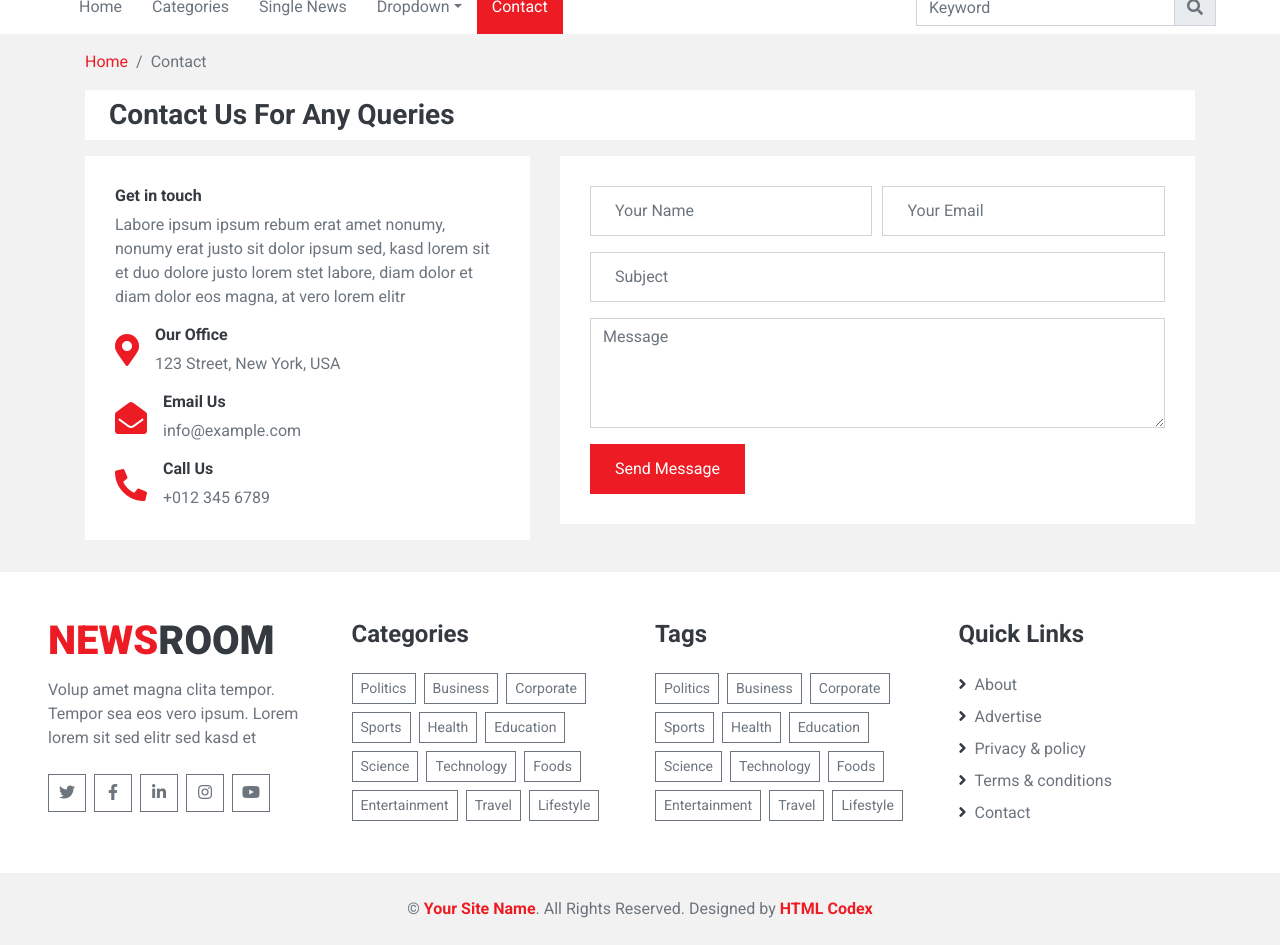
Repository: Namnguyen13/tessttt
Page: contact.html
The author's editor kept a copy of each file at every save. The page is drawn from the files as they stood at one save, then again after the next save.
The browser window is 1280 px wide. The pictures show the part of the page from y = 376 to 1321 px (the page is 1321 px tall).
A picture or video elsewhere on the page could not be fetched, so the positions and the page height are approximate.

Above is the page before, as saved 2023-04-14 21:05:02.

### contact.html
<!DOCTYPE html>
<html lang="en">

<head>
    <meta charset="utf-8">
    <title>Phần mềm đặt sân đá bóng</title>
    <meta content="width=device-width, initial-scale=1.0" name="viewport">
    <meta content="Free HTML Templates" name="keywords">
    <meta content="Free HTML Templates" name="description">

    <!-- Favicon -->
    <link href="img/favicon.ico" rel="icon">

    <!-- Google Web Fonts -->
    <link rel="preconnect" href="https://fonts.gstatic.com">
    <link href="https://fonts.googleapis.com/css2?family=Roboto:wght@300;400;500;700;900&display=swap" rel="stylesheet">

    <!-- Font Awesome -->
    <link href="https://cdnjs.cloudflare.com/ajax/libs/font-awesome/5.15.0/css/all.min.css" rel="stylesheet">

    <!-- Libraries Stylesheet -->
    <link href="lib/owlcarousel/assets/owl.carousel.min.css" rel="stylesheet">

    <!-- Customized Bootstrap Stylesheet -->
    <link href="css/style.css" rel="stylesheet">
</head>

<body>
    <!-- Topbar Start -->
    <div class="container-fluid">
        <div class="row align-items-center bg-light px-lg-5">
            <div class="col-12 col-md-8">
                <div class="d-flex justify-content-between">
                    <div class="bg-primary text-white text-center py-2" style="width: 100px;">Tranding</div>
                    <div class="owl-carousel owl-carousel-1 tranding-carousel position-relative d-inline-flex align-items-center ml-3" style="width: calc(100% - 100px); padding-left: 90px;">
                        <div class="text-truncate"><a class="text-secondary" href="">Labore sit justo amet eos sed, et sanctus dolor diam eos</a></div>
                        <div class="text-truncate"><a class="text-secondary" href="">Gubergren elitr amet eirmod et lorem diam elitr, ut est erat Gubergren elitr amet eirmod et lorem diam elitr, ut est erat</a></div>
                    </div>
                </div>
            </div>
            <div class="col-md-4 text-right d-none d-md-block">
                Monday, January 01, 2045
            </div>
        </div>
        <div class="row align-items-center py-2 px-lg-5">
            <div class="col-lg-4">
                <a href="" class="navbar-brand d-none d-lg-block">
                    <h1 class="m-0 display-5 text-uppercase"><span class="text-primary">Foot</span>Ball</h1>
                </a>
            </div>
            <div class="col-lg-8 text-center text-lg-right">
                <img class="img-fluid" src="img/ads-700x70.jpg" alt="">
            </div>
        </div>
    </div>
    <!-- Topbar End -->


    <!-- Navbar Start -->
    <div class="container-fluid p-0 mb-3">
        <nav class="navbar navbar-expand-lg bg-light navbar-light py-2 py-lg-0 px-lg-5">
            <a href="" class="navbar-brand d-block d-lg-none">
                <h1 class="m-0 display-5 text-uppercase"><span class="text-primary">Foot</span>Ball</h1>
            </a>
            <button type="button" class="navbar-toggler" data-toggle="collapse" data-target="#navbarCollapse">
                <span class="navbar-toggler-icon"></span>
            </button>
            <div class="collapse navbar-collapse justify-content-between px-0 px-lg-3" id="navbarCollapse">
                <div class="navbar-nav mr-auto py-0">
                    <a href="index.html" class="nav-item nav-link">Home</a>
                    <a href="category.html" class="nav-item nav-link">Categories</a>
                    <a href="single.html" class="nav-item nav-link">Single News</a>
                    <div class="nav-item dropdown">
                        <a href="#" class="nav-link dropdown-toggle" data-toggle="dropdown">Dropdown</a>
                        <div class="dropdown-menu rounded-0 m-0">
                            <a href="#" class="dropdown-item">Menu item 1</a>
                            <a href="#" class="dropdown-item">Menu item 2</a>
                            <a href="#" class="dropdown-item">Menu item 3</a>
                        </div>
                    </div>
                    <a href="contact.html" class="nav-item nav-link active">Contact</a>
                </div>
                <div class="input-group ml-auto" style="width: 100%; max-width: 300px;">
                    <input type="text" class="form-control" placeholder="Keyword">
                    <div class="input-group-append">
                        <button class="input-group-text text-secondary"><i
                                class="fa fa-search"></i></button>
                    </div>
                </div>
            </div>
        </nav>
    </div>
    <!-- Navbar End -->


    <!-- Breadcrumb Start -->
    <div class="container-fluid">
        <div class="container">
            <nav class="breadcrumb bg-transparent m-0 p-0">
                <a class="breadcrumb-item" href="#">Home</a>
                <span class="breadcrumb-item active">Contact</span>
            </nav>
        </div>
    </div>
    <!-- Breadcrumb End -->


    <!-- Contact Start -->
    <div class="container-fluid py-3">
        <div class="container">
            <div class="bg-light py-2 px-4 mb-3">
                <h3 class="m-0">Contact Us For Any Queries</h3>
            </div>
            <div class="row">
                <div class="col-md-5">
                    <div class="bg-light mb-3" style="padding: 30px;">
                        <h6 class="font-weight-bold">Get in touch</h6>
                        <p>Labore ipsum ipsum rebum erat amet nonumy, nonumy erat justo sit dolor ipsum sed, kasd lorem sit et duo dolore justo lorem stet labore, diam dolor et diam dolor eos magna, at vero lorem elitr</p>
                        <div class="d-flex align-items-center mb-3">
                            <i class="fa fa-2x fa-map-marker-alt text-primary mr-3"></i>
                            <div class="d-flex flex-column">
                                <h6 class="font-weight-bold">Our Office</h6>
                                <p class="m-0">123 Street, New York, USA</p>
                            </div>
                        </div>
                        <div class="d-flex align-items-center mb-3">
                            <i class="fa fa-2x fa-envelope-open text-primary mr-3"></i>
                            <div class="d-flex flex-column">
                                <h6 class="font-weight-bold">Email Us</h6>
                                <p class="m-0">info@example.com</p>
                            </div>
                        </div>
                        <div class="d-flex align-items-center">
                            <i class="fas fa-2x fa-phone-alt text-primary mr-3"></i>
                            <div class="d-flex flex-column">
                                <h6 class="font-weight-bold">Call Us</h6>
                                <p class="m-0">+012 345 6789</p>
                            </div>
                        </div>
                    </div>
                </div>
                <div class="col-md-7">
                    <div class="contact-form bg-light mb-3" style="padding: 30px;">
                        <div id="success"></div>
                        <form name="sentMessage" id="contactForm" novalidate="novalidate">
                            <div class="form-row">
                                <div class="col-md-6">
                                    <div class="control-group">
                                        <input type="text" class="form-control p-4" id="name" placeholder="Your Name" required="required" data-validation-required-message="Please enter your name" />
                                        <p class="help-block text-danger"></p>
                                    </div>
                                </div>
                                <div class="col-md-6">
                                    <div class="control-group">
                                        <input type="email" class="form-control p-4" id="email" placeholder="Your Email" required="required" data-validation-required-message="Please enter your email" />
                                        <p class="help-block text-danger"></p>
                                    </div>
                                </div>
                            </div>
                            <div class="control-group">
                                <input type="text" class="form-control p-4" id="subject" placeholder="Subject" required="required" data-validation-required-message="Please enter a subject" />
                                <p class="help-block text-danger"></p>
                            </div>
                            <div class="control-group">
                                <textarea class="form-control" rows="4" id="message" placeholder="Message" required="required" data-validation-required-message="Please enter your message"></textarea>
                                <p class="help-block text-danger"></p>
                            </div>
                            <div>
                                <button class="btn btn-primary font-weight-semi-bold px-4" style="height: 50px;" type="submit" id="sendMessageButton">Send Message</button>
                            </div>
                        </form>
                    </div>
                </div>
            </div>
        </div>
    </div>
    <!-- Contact End -->

    <!-- Footer Start -->
    <div class="container-fluid bg-light pt-5 px-sm-3 px-md-5">
        <div class="row">
            <div class="col-lg-3 col-md-6 mb-5">
                <a href="index.html" class="navbar-brand">
                    <h1 class="mb-2 mt-n2 display-5 text-uppercase"><span class="text-primary">News</span>Room</h1>
                </a>
                <p>Volup amet magna clita tempor. Tempor sea eos vero ipsum. Lorem lorem sit sed elitr sed kasd et</p>
                <div class="d-flex justify-content-start mt-4">
                    <a class="btn btn-outline-secondary text-center mr-2 px-0" style="width: 38px; height: 38px;" href="#"><i class="fab fa-twitter"></i></a>
                    <a class="btn btn-outline-secondary text-center mr-2 px-0" style="width: 38px; height: 38px;" href="#"><i class="fab fa-facebook-f"></i></a>
                    <a class="btn btn-outline-secondary text-center mr-2 px-0" style="width: 38px; height: 38px;" href="#"><i class="fab fa-linkedin-in"></i></a>
                    <a class="btn btn-outline-secondary text-center mr-2 px-0" style="width: 38px; height: 38px;" href="#"><i class="fab fa-instagram"></i></a>
                    <a class="btn btn-outline-secondary text-center mr-2 px-0" style="width: 38px; height: 38px;" href="#"><i class="fab fa-youtube"></i></a>
                </div>
            </div>
            <div class="col-lg-3 col-md-6 mb-5">
                <h4 class="font-weight-bold mb-4">Categories</h4>
                <div class="d-flex flex-wrap m-n1">
                    <a href="" class="btn btn-sm btn-outline-secondary m-1">Politics</a>
                    <a href="" class="btn btn-sm btn-outline-secondary m-1">Business</a>
                    <a href="" class="btn btn-sm btn-outline-secondary m-1">Corporate</a>
                    <a href="" class="btn btn-sm btn-outline-secondary m-1">Sports</a>
                    <a href="" class="btn btn-sm btn-outline-secondary m-1">Health</a>
                    <a href="" class="btn btn-sm btn-outline-secondary m-1">Education</a>
                    <a href="" class="btn btn-sm btn-outline-secondary m-1">Science</a>
                    <a href="" class="btn btn-sm btn-outline-secondary m-1">Technology</a>
                    <a href="" class="btn btn-sm btn-outline-secondary m-1">Foods</a>
                    <a href="" class="btn btn-sm btn-outline-secondary m-1">Entertainment</a>
                    <a href="" class="btn btn-sm btn-outline-secondary m-1">Travel</a>
                    <a href="" class="btn btn-sm btn-outline-secondary m-1">Lifestyle</a>
                </div>
            </div>
            <div class="col-lg-3 col-md-6 mb-5">
                <h4 class="font-weight-bold mb-4">Tags</h4>
                <div class="d-flex flex-wrap m-n1">
                    <a href="" class="btn btn-sm btn-outline-secondary m-1">Politics</a>
                    <a href="" class="btn btn-sm btn-outline-secondary m-1">Business</a>
                    <a href="" class="btn btn-sm btn-outline-secondary m-1">Corporate</a>
                    <a href="" class="btn btn-sm btn-outline-secondary m-1">Sports</a>
                    <a href="" class="btn btn-sm btn-outline-secondary m-1">Health</a>
                    <a href="" class="btn btn-sm btn-outline-secondary m-1">Education</a>
                    <a href="" class="btn btn-sm btn-outline-secondary m-1">Science</a>
                    <a href="" class="btn btn-sm btn-outline-secondary m-1">Technology</a>
                    <a href="" class="btn btn-sm btn-outline-secondary m-1">Foods</a>
                    <a href="" class="btn btn-sm btn-outline-secondary m-1">Entertainment</a>
                    <a href="" class="btn btn-sm btn-outline-secondary m-1">Travel</a>
                    <a href="" class="btn btn-sm btn-outline-secondary m-1">Lifestyle</a>
                </div>
            </div>
            <div class="col-lg-3 col-md-6 mb-5">
                <h4 class="font-weight-bold mb-4">Quick Links</h4>
                <div class="d-flex flex-column justify-content-start">
                    <a class="text-secondary mb-2" href="#"><i class="fa fa-angle-right text-dark mr-2"></i>About</a>
                    <a class="text-secondary mb-2" href="#"><i class="fa fa-angle-right text-dark mr-2"></i>Advertise</a>
                    <a class="text-secondary mb-2" href="#"><i class="fa fa-angle-right text-dark mr-2"></i>Privacy & policy</a>
                    <a class="text-secondary mb-2" href="#"><i class="fa fa-angle-right text-dark mr-2"></i>Terms & conditions</a>
                    <a class="text-secondary" href="#"><i class="fa fa-angle-right text-dark mr-2"></i>Contact</a>
                </div>
            </div>
        </div>
    </div>
    <div class="container-fluid py-4 px-sm-3 px-md-5">
        <p class="m-0 text-center">
            &copy; <a class="font-weight-bold" href="#">Your Site Name</a>. All Rights Reserved.

			<!--/*** This template is free as long as you keep the footer author’s credit link/attribution link/backlink. If you'd like to use the template without the footer author’s credit link/attribution link/backlink, you can purchase the Credit Removal License from "https://htmlcodex.com/credit-removal". Thank you for your support. ***/-->
			Designed by <a class="font-weight-bold" href="https://htmlcodex.com">HTML Codex</a>
        </p>
    </div>
    <!-- Footer End -->


    <!-- Back to Top -->
    <a href="#" class="btn btn-dark back-to-top"><i class="fa fa-angle-up"></i></a>


    <!-- JavaScript Libraries -->
    <script src="https://code.jquery.com/jquery-3.4.1.min.js"></script>
    <script src="https://stackpath.bootstrapcdn.com/bootstrap/4.4.1/js/bootstrap.bundle.min.js"></script>
    <script src="lib/easing/easing.min.js"></script>
    <script src="lib/owlcarousel/owl.carousel.min.js"></script>

    <!-- Contact Javascript File -->
    <script src="mail/jqBootstrapValidation.min.js"></script>
    <script src="mail/contact.js"></script>

    <!-- Template Javascript -->
    <script src="js/main.js"></script>
</body>

</html>

### mail/contact.js
$(function () {

    $("#contactForm input, #contactForm textarea").jqBootstrapValidation({
        preventSubmit: true,
        submitError: function ($form, event, errors) {
        },
        submitSuccess: function ($form, event) {
            event.preventDefault();
            var name = $("input#name").val();
            var email = $("input#email").val();
            var subject = $("input#subject").val();
            var message = $("textarea#message").val();

            $this = $("#sendMessageButton");
            $this.prop("disabled", true);

            $.ajax({
                url: "contact.php",
                type: "POST",
                data: {
                    name: name,
                    email: email,
                    subject: subject,
                    message: message
                },
                cache: false,
                success: function () {
                    $('#success').html("<div class='alert alert-success'>");
                    $('#success > .alert-success').html("<button type='button' class='close' data-dismiss='alert' aria-hidden='true'>&times;")
                            .append("</button>");
                    $('#success > .alert-success')
                            .append("<strong>Your message has been sent. </strong>");
                    $('#success > .alert-success')
                            .append('</div>');
                    $('#contactForm').trigger("reset");
                },
                error: function () {
                    $('#success').html("<div class='alert alert-danger'>");
                    $('#success > .alert-danger').html("<button type='button' class='close' data-dismiss='alert' aria-hidden='true'>&times;")
                            .append("</button>");
                    $('#success > .alert-danger').append($("<strong>").text("Sorry " + name + ", it seems that our mail server is not responding. Please try again later!"));
                    $('#success > .alert-danger').append('</div>');
                    $('#contactForm').trigger("reset");
                },
                complete: function () {
                    setTimeout(function () {
                        $this.prop("disabled", false);
                    }, 1000);
                }
            });
        },
        filter: function () {
            return $(this).is(":visible");
        },
    });

    $("a[data-toggle=\"tab\"]").click(function (e) {
        e.preventDefault();
        $(this).tab("show");
    });
});

$('#name').focus(function () {
    $('#success').html('');
});

### js/main.js
(function ($) {
    "use strict";

    // Dropdown on mouse hover
    $(document).ready(function () {
        function toggleNavbarMethod() {
            if ($(window).width() > 992) {
                $('.navbar .dropdown').on('mouseover', function () {
                    $('.dropdown-toggle', this).trigger('click');
                }).on('mouseout', function () {
                    $('.dropdown-toggle', this).trigger('click').blur();
                });
            } else {
                $('.navbar .dropdown').off('mouseover').off('mouseout');
            }
        }
        toggleNavbarMethod();
        $(window).resize(toggleNavbarMethod);
    });


    // Back to top button
    $(window).scroll(function () {
        if ($(this).scrollTop() > 100) {
            $('.back-to-top').fadeIn('slow');
        } else {
            $('.back-to-top').fadeOut('slow');
        }
    });
    $('.back-to-top').click(function () {
        $('html, body').animate({scrollTop: 0}, 1500, 'easeInOutExpo');
        return false;
    });


    // Tranding carousel
    $(".tranding-carousel").owlCarousel({
        autoplay: true,
        smartSpeed: 2000,
        items: 1,
        dots: false,
        loop: true,
        nav : true,
        navText : [
            '<i class="fa fa-angle-left"></i>',
            '<i class="fa fa-angle-right"></i>'
        ]
    });


    // Carousel item 1
    $(".carousel-item-1").owlCarousel({
        autoplay: true,
        smartSpeed: 1500,
        items: 1,
        dots: false,
        loop: true,
        nav : true,
        navText : [
            '<i class="fa fa-angle-left" aria-hidden="true"></i>',
            '<i class="fa fa-angle-right" aria-hidden="true"></i>'
        ]
    });

    // Carousel item 2
    $(".carousel-item-2").owlCarousel({
        autoplay: true,
        smartSpeed: 1000,
        margin: 30,
        dots: false,
        loop: true,
        nav : true,
        navText : [
            '<i class="fa fa-angle-left" aria-hidden="true"></i>',
            '<i class="fa fa-angle-right" aria-hidden="true"></i>'
        ],
        responsive: {
            0:{
                items:1
            },
            576:{
                items:1
            },
            768:{
                items:2
            }
        }
    });


    // Carousel item 3
    $(".carousel-item-3").owlCarousel({
        autoplay: true,
        smartSpeed: 1000,
        margin: 30,
        dots: false,
        loop: true,
        nav : true,
        navText : [
            '<i class="fa fa-angle-left" aria-hidden="true"></i>',
            '<i class="fa fa-angle-right" aria-hidden="true"></i>'
        ],
        responsive: {
            0:{
                items:1
            },
            576:{
                items:1
            },
            768:{
                items:2
            },
            992:{
                items:3
            }
        }
    });


    // Carousel item 4
    $(".carousel-item-4").owlCarousel({
        autoplay: true,
        smartSpeed: 1000,
        margin: 30,
        dots: false,
        loop: true,
        nav : true,
        navText : [
            '<i class="fa fa-angle-left" aria-hidden="true"></i>',
            '<i class="fa fa-angle-right" aria-hidden="true"></i>'
        ],
        responsive: {
            0:{
                items:1
            },
            576:{
                items:1
            },
            768:{
                items:2
            },
            992:{
                items:3
            },
            1200:{
                items:4
            }
        }
    });

})(jQuery);

Loaded but not shown: lib/owlcarousel/assets/owl.carousel.min.css (common file); css/style.css (library); lib/easing/easing.min.js (common file); lib/owlcarousel/owl.carousel.min.js (library); mail/jqBootstrapValidation.min.js (library)

After the next save:
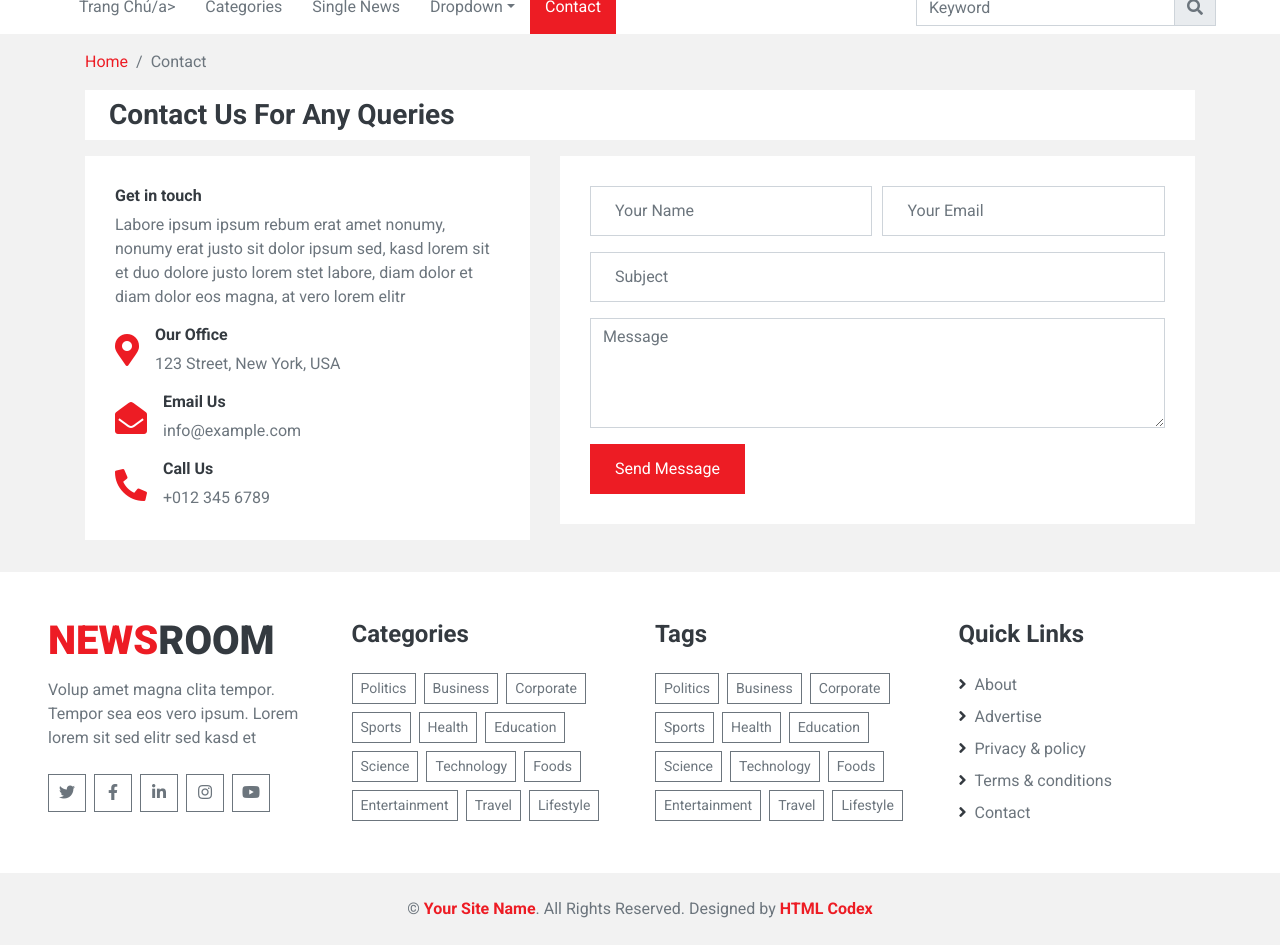
Saved 5 min 47 s later.
--- a/contact.html
+++ b/contact.html
@@ -67,7 +67,7 @@
             </button>
             <div class="collapse navbar-collapse justify-content-between px-0 px-lg-3" id="navbarCollapse">
                 <div class="navbar-nav mr-auto py-0">
-                    <a href="index.html" class="nav-item nav-link">Home</a>
+                    <a href="index.html" class="nav-item nav-link">Trang Chủ/a>
                     <a href="category.html" class="nav-item nav-link">Categories</a>
                     <a href="single.html" class="nav-item nav-link">Single News</a>
                     <div class="nav-item dropdown">
